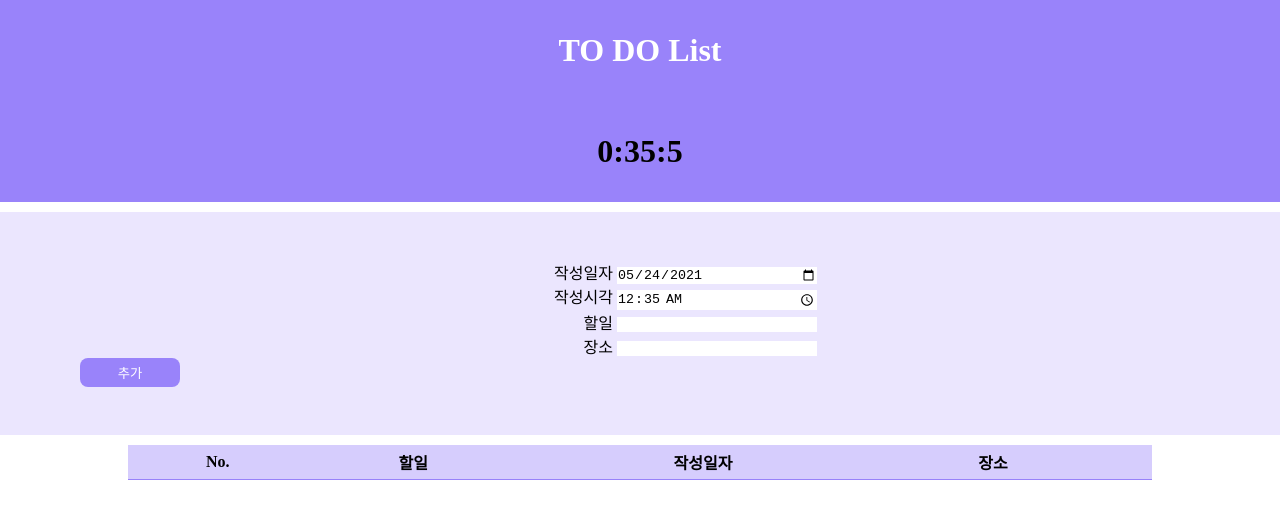
Repository: soyeon-noh/TodoList_Project
Page: http://localhost/Server_PR_TodoList/
An editor plug-in stored every save of this project. The page is shown before and after the next save, followed by the edit.
The browser window is 1280 px wide. The pictures show the whole page.
The page is served by Tomcat 9. Other server files are loaded and not shown. Queries for data that is not in the repository find no rows.

Above is the page before, as saved 2021-05-25 04:25:24.

### Server_PR_TodoList/src/main/webapp/WEB-INF/views/home.jsp
<%@ page language="java" contentType="text/html; charset=UTF-8"
    pageEncoding="UTF-8"%>
<%@ taglib uri="http://java.sun.com/jsp/jstl/core"
			prefix="c"%>
<c:set value="${pageContext.request.contextPath}"
		var="rootPath"/>
<!DOCTYPE html>
<html>
<head>
<meta charset="UTF-8">
<title>TODOList 메인화면</title>
<link href="${rootPath}/static/css/home.css?ver3" rel="stylesheet"/>

<style>

</style>


</head>
  <body>
  	<%@ include file="/WEB-INF/views/include_nav.jsp" %>
    <form class ="v1" method="POST">
    	<div>
    		<label for="date">작성일자</label>
    		<input name="td_date"
    				type="date" value="${TD.td_date}">
    	</div>

    	<div>
    		<label for="time">작성시각</label>
    		<input name="td_time"
    				type="time" value="${TD.td_time}">
    	</div>

    	<div>
    		<label for="todo">할일</label>
    		<input name="td_todo"
    				type="text" value="${TD.td_todo}">
    	</div>

    	<div>
    		<label for="place">장소</label>
    		<input name="td_place"
    				type="text" value="${TD.td_place}">
    	</div>
   		<button class="btn_insert">추가</button>
    </form>

    <table id="tdlist">
      <tr>
        <th>No.</th>
        <th>할일</th>
        <th>작성일자</th>
        <th>장소</th>
        <th></th>
      </tr>
      <c:forEach items="${TDLIST}" var="TD" varStatus="i">
        <tr>
          <td>${i.count}</td>
          <td>${TD.td_todo}</td>
          <td>${TD.td_date}</td>
          <td>${TD.td_place}</td>
          <td><button class="btn_update" data-seq="${TD.td_seq}" type="button">
          		수정</button>
          		<button class="btn_delete" data-seq="${TD.td_seq}" type="button">
          		삭제</button></td>
        </tr>
      </c:forEach>
    </table>
  </body>

  <script>
  // html 코드가 다 화면에 뜨고 나서 실행하라는 명렁
  // 아래 한 줄의 코드가 있어야 어디든디 script를 넣을 수 있다.
	document.addEventListener("DOMContentLoaded",function(){
		document.querySelector("table#tdlist")
		.addEventListener("click", function(ev){
			let className = ev.target.className

			if(className == "btn_delete"){

				let seq = ev.target.dataset.seq
				alert(seq + " 삭제가 완료되었습니다.");

				document
				.location
				.replace( "${rootPath}" +
						"/UD/delete?td_seq="
						+ seq )

			} else if(className == "btn_update"){

				let seq = ev.target.dataset.seq;

				document
				.location
				.href= "${rootPath}" +
						"/UD/update?td_seq="
						+ seq
			}

		})
	})
  </script>

</html>

### Server_PR_TodoList/src/main/webapp/WEB-INF/views/include_nav.jsp
<%@ page language="java" contentType="text/html; charset=UTF-8"
    pageEncoding="UTF-8"%>

<style>
	* {
		margin: 0;
		padding: 0;
		box-sizing: border-box;
	}

    h1.clock {
        color: black;
        text-align: center;
        background-color: rgba(153, 131, 250, 20);
        padding: 2rem;
    }

</style>
<h1>TO DO List</h1>
<h2 class="date"></h2>
<h1 class="clock"></h1>
<script>
	let date = document.querySelector(".date");

    function getDate(){
        const time = new Date();
        const year = time.getUTCFullYear();
        const month = time.getUTCMonth();
        const day = time.getUTCDay();
        date.textContent = year + "-" + month + "-" + day;
    }



	let clock = document.querySelector(".clock");

	function getTime() {
		  const time = new Date();
		  const hour = time.getHours();
		  const minutes = time.getMinutes();
		  const seconds = time.getSeconds();
		  clock.textContent = hour + ":" + minutes + ":" + seconds;


	}

	function init() {
	  setInterval(getTime, 1000);
	}

	init();
</script>

### Server_PR_TodoList/src/main/java/com/callor/todo/controller/HomeController.java
package com.callor.todo.controller;

import java.io.IOException;
import java.text.SimpleDateFormat;
import java.util.Date;
import java.util.List;

import javax.servlet.ServletException;
import javax.servlet.annotation.WebServlet;
import javax.servlet.http.HttpServlet;
import javax.servlet.http.HttpServletRequest;
import javax.servlet.http.HttpServletResponse;

import com.callor.todo.model.TodoListVO;
import com.callor.todo.service.TodoService;
import com.callor.todo.service.impl.TodoServiceImplV1;

@WebServlet("/")
public class HomeController extends HttpServlet{

	protected TodoService tdService;
	public HomeController() {
		tdService = new TodoServiceImplV1();
	}
	@Override
	protected void doGet(HttpServletRequest req, HttpServletResponse resp) throws ServletException, IOException {
		// TODO selectAll()
		List<TodoListVO> tdList = tdService.selectAll();
		req.setAttribute("TDLIST", tdList);

		// TODO insert()
		TodoListVO tdVO = new TodoListVO();

		// SimpleDateFormat : 날짜 및 시간을 형식화하고 구문 분석하는 메소드 제공
		SimpleDateFormat sd = new SimpleDateFormat("yyyy-MM-dd");
		SimpleDateFormat st = new SimpleDateFormat("HH:mm:ss");

		// 현재시간을 저장
		Date date = new Date(System.currentTimeMillis());

		// 현재 시간을 변환해 VO에 넣어준다
		tdVO.setTd_seq(0L);
		tdVO.setTd_date(sd.format(date));
		tdVO.setTd_time(st.format(date));

		req.setAttribute("TD", tdVO);

		// home.jsp 화면을 보여줘라
		RequestController.reqController(req, resp, "home");
	}
	@Override
	protected void doPost(HttpServletRequest req, HttpServletResponse resp) throws ServletException, IOException {
		// TODO insert()

		// 한글 인코딩 세팅
		req.setCharacterEncoding("UTF-8");

		// user가 입력한 data 확인
		String td_date = req.getParameter("td_date");
		String td_time = req.getParameter("td_time");
		String td_todo = req.getParameter("td_todo");
		String td_place = req.getParameter("td_place");

		TodoListVO tdVO = new TodoListVO();
		tdVO.setTd_date(td_date);
		tdVO.setTd_time(td_time);
		tdVO.setTd_todo(td_todo);
		tdVO.setTd_place(td_place);

		tdService.insert(tdVO);

		System.out.println("insert : " + tdVO);

		resp.sendRedirect("/todo");
	}

}

### Server_PR_TodoList/src/main/java/com/callor/todo/service/impl/TodoServiceImplV1.java
package com.callor.todo.service.impl;

import java.sql.Connection;
import java.sql.PreparedStatement;
import java.sql.ResultSet;
import java.sql.SQLException;
import java.util.ArrayList;
import java.util.List;

import com.callor.todo.config.DbInfo;
import com.callor.todo.config.MySQLConnection;
import com.callor.todo.model.TodoListVO;
import com.callor.todo.service.TodoService;

public class TodoServiceImplV1 implements TodoService{

	// 먼저 db와 연결
	protected Connection dbConn;

	public TodoServiceImplV1() {
		dbConn = MySQLConnection.getDBConnection();
	}


	protected List<TodoListVO> select(PreparedStatement pStr) throws SQLException{
		// TODO DB로부터 데이터를 받아와 List에 저장
		List<TodoListVO> tdList = new ArrayList<TodoListVO>();

		ResultSet rSet = pStr.executeQuery();
		while(rSet.next()) {
			TodoListVO tdVO = new TodoListVO();
			tdVO.setTd_seq(rSet.getLong(DbInfo.td_seq));
			tdVO.setTd_date(rSet.getString(DbInfo.td_date));
			tdVO.setTd_time(rSet.getString(DbInfo.td_time));
			tdVO.setTd_todo(rSet.getString(DbInfo.td_todo));
			tdVO.setTd_place(rSet.getString(DbInfo.td_place));
			tdList.add(tdVO);
		}

		// 데이터 확인
		System.out.println("select : " + tdList.toString());
		return tdList;
	}

	@Override
	public List<TodoListVO> selectAll() {
		// TODO List 전체 데이터 조회

		String sql = " SELECT * FROM tbl_todo_list ";
		sql += " ORDER BY td_date DESC, td_time DESC ";

		PreparedStatement pStr = null;

		try {
			pStr = dbConn.prepareStatement(sql);
			List<TodoListVO> tdList = this.select(pStr);
			pStr.close();

			System.out.println("selectAll : " + tdList.toString());
			return tdList;
		} catch (SQLException e) {
			// TODO Auto-generated catch block
			e.printStackTrace();
		}
		return null;
	}

	@Override
	public TodoListVO findById(Long seq) {
		// TODO 일련번호로 조회
		String sql = " SELECT * FROM tbl_todo_list ";
		sql += " WHERE td_seq = ? ";

		PreparedStatement pStr = null;

		try {
			pStr = dbConn.prepareStatement(sql);
			pStr.setLong(1, seq);

			List<TodoListVO> tdList = this.select(pStr);

			pStr.close();

			if(tdList != null && tdList.size() > 0) {
				return tdList.get(0);
			}


		} catch (SQLException e) {
			// TODO Auto-generated catch block
			e.printStackTrace();
		}
		return null;
	}

	@Override
	public List<TodoListVO> findByDate(String td_date) {
		// TODO 날짜로 조회
		String sql = " SELECT * FROM tbl_todo_list ";
		sql += " WHERE td_date = ? ";

		PreparedStatement pStr = null;

		try {
			pStr = dbConn.prepareStatement(sql);
			pStr.setString(1, td_date);

			List<TodoListVO> tdList = this.select(pStr);

			pStr.close();
			return tdList;

		} catch (SQLException e) {
			// TODO Auto-generated catch block
			e.printStackTrace();
		}
		return null;
	}

	@Override
	public List<TodoListVO> findByTodo(String td_todo) {
		// TODO 할일내용으로 조회
		return null;
	}

	@Override
	public List<TodoListVO> findByPlace(String td_place) {
		// TODO 장소로 조회
		return null;
	}

	@Override
	public Integer insert(TodoListVO tdVO) {
		// TODO 데이터 추가

		String sql = " INSERT INTO tbl_todo_list ";
		sql += " ( ";
		sql += " td_date, ";
		sql += " td_time, ";
		sql += " td_todo, ";
		sql += " td_place) ";
		sql += " VALUES( ?,?,?,? ) ";


		// SQL 구문을 실행시키는 객체
		PreparedStatement pStr = null;

		try {
			pStr = dbConn.prepareStatement(sql);
			pStr.setString(1, tdVO.getTd_date());
			pStr.setString(2, tdVO.getTd_time());
			pStr.setString(3, tdVO.getTd_todo());
			pStr.setString(4, tdVO.getTd_place());

			return pStr.executeUpdate();

		} catch (SQLException e) {
			// TODO Auto-generated catch block
			e.printStackTrace();
		}
		return null;
	}


	@Override
	public Integer update(TodoListVO tdVO) {
		// TODO 데이터 업데이트
		String sql = " UPDATE tbl_todo_list SET ";
		sql += " td_date = ?, ";
		sql += " td_time = ?, ";
		sql += " td_todo = ?, ";
		sql += " td_place = ? ";

		sql += " WHERE td_seq = ? ";

		PreparedStatement pStr = null;

		try {
			pStr = dbConn.prepareStatement(sql);
			pStr.setString(1, tdVO.getTd_date());
			pStr.setString(2, tdVO.getTd_time());
			pStr.setString(3, tdVO.getTd_todo());
			pStr.setString(4, tdVO.getTd_place());

			pStr.setLong(5, tdVO.getTd_seq());
			return pStr.executeUpdate();

		} catch (SQLException e) {
			// TODO Auto-generated catch block
			e.printStackTrace();
		}

		return null;
	}

	@Override
	public Integer delete(Long seq) {
		// TODO 데이터 삭제

		String sql = " DELETE FROM tbl_todo_list ";
		sql += "WHERE td_seq = ?";

		PreparedStatement pStr = null;

		try {
			pStr = dbConn.prepareStatement(sql);
			pStr.setLong(1, seq);
			return pStr.executeUpdate();

		} catch (SQLException e) {
			// TODO Auto-generated catch block
			e.printStackTrace();
		}
		return null;
	}
}

### Server_PR_TodoList/src/main/java/com/callor/todo/config/MySQLConnection.java
package com.callor.todo.config;

import java.sql.Connection;
import java.sql.DriverManager;
import java.sql.SQLException;

public class MySQLConnection {

	private static Connection dbConn;

	static {

		String jdbcDriver = "com.mysql.cj.jdbc.Driver";
		String url = "jdbc:mysql://localhost:3306/todolist";
		String username = "tdUser";
		String password = "12345";

		try {
			Class.forName(jdbcDriver);
			if(dbConn == null) {
				dbConn = DriverManager.getConnection(url, username, password);
			}
			System.out.println("MySQL 접속 성공!!");
		} catch (ClassNotFoundException e) {
			System.out.println("MySQL Driver 를 찾을 수 없음");
		} catch (SQLException e) {
			System.out.println("MySQL DBMS 연결 실패");
		}
	}

	public static Connection getDBConnection() {
		return dbConn;
	}

}

### Server_PR_TodoList/src/main/java/com/callor/todo/model/TodoListVO.java
package com.callor.todo.model;

import lombok.AllArgsConstructor;
import lombok.Getter;
import lombok.NoArgsConstructor;
import lombok.Setter;
import lombok.ToString;

@Getter
@Setter
@ToString
@NoArgsConstructor
@AllArgsConstructor
public class TodoListVO {

	private Long td_seq;	//BIGINT
    private String td_date;	//VARCHAR(20)
    private String td_time;	//VARCHAR(20)
	private String td_todo;	//VARCHAR(200)
    private String td_place;	//VARCHAR(125)
}

### Server_PR_TodoList/src/main/java/com/callor/todo/controller/RequestController.java
package com.callor.todo.controller;

import java.io.IOException;

import javax.servlet.ServletException;
import javax.servlet.http.HttpServlet;
import javax.servlet.http.HttpServletRequest;
import javax.servlet.http.HttpServletResponse;

public class RequestController extends HttpServlet{

	public static void reqController (HttpServletRequest req,
			HttpServletResponse resp, String file) throws ServletException, IOException {

		String root = "/WEB-INF/views/" + file + ".jsp";

		req.getRequestDispatcher(root)
		.forward(req, resp);


	}

}

### Server_PR_TodoList/src/main/webapp/static/css/home.css
@charset "UTF-8";

/* 여백 초기화 */
* {
	margin: 0;
	padding: 0;
	box-sizing: border-box;
}

h1 {
	color: white;
	text-align: center;
	background-color: rgba(153,131,250,1);
	padding: 2rem;

}

form.v1 {
	background-color: rgba(153,131,250,0.2);
	padding: 3rem 5rem 3rem 5rem;
	margin: 10px auto;
}

form.v1 div {
	text-align: center;
}

form.v1 div label{
	display: inline-block;

	width: 150px;
	text-align: right;
}

form.v1 input{
	width: 200px;
	border: 1px;

}

form.v1 button{
		outline: 0;
		border: 0;
		width: 100px;
		color: white;
		padding: 5px;
		background-color: rgba(153,131,250,1);
		border-radius: 8px;

		margin :  0 auto;

}

table {
	border-collapse: collapse;
	width: 80%;
	margin: 10px auto;
}

td, th {
	border-bottom: 1px solid #9882FA;
	padding: 5px;
	text-align: center;
}

th {
	background-color: rgba(153,131,250,0.4);
}

After the next save:
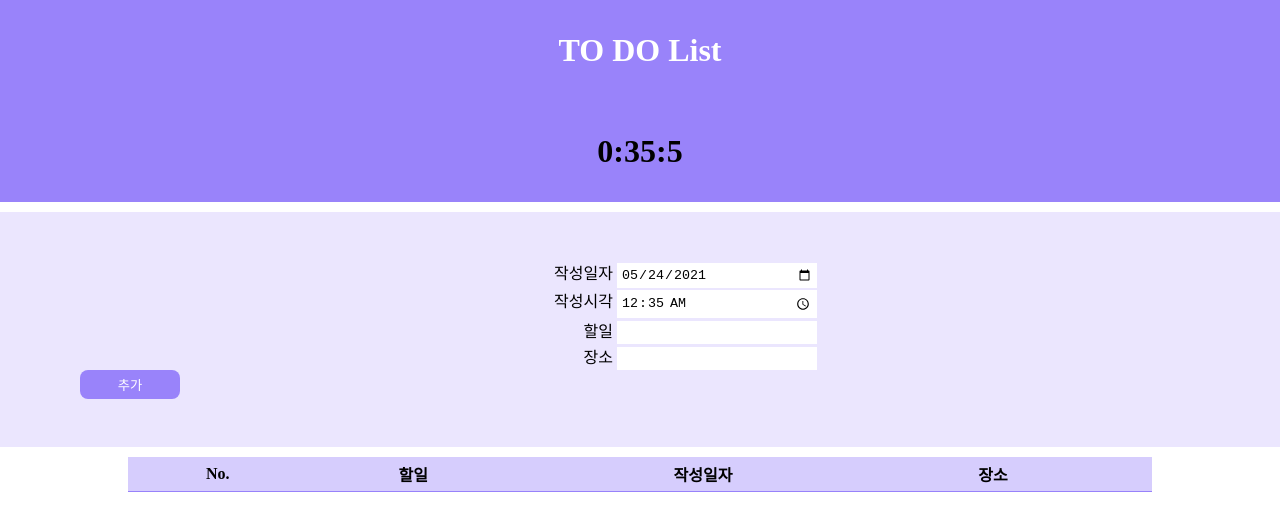
Saved 61 s later.
--- a/Server_PR_TodoList/src/main/webapp/static/css/home.css
+++ b/Server_PR_TodoList/src/main/webapp/static/css/home.css
@@ -35,6 +35,7 @@
 form.v1 input{
 	width: 200px;
 	border: 1px;
+	padding: 4px;
 
 }
 

After the save that followed:
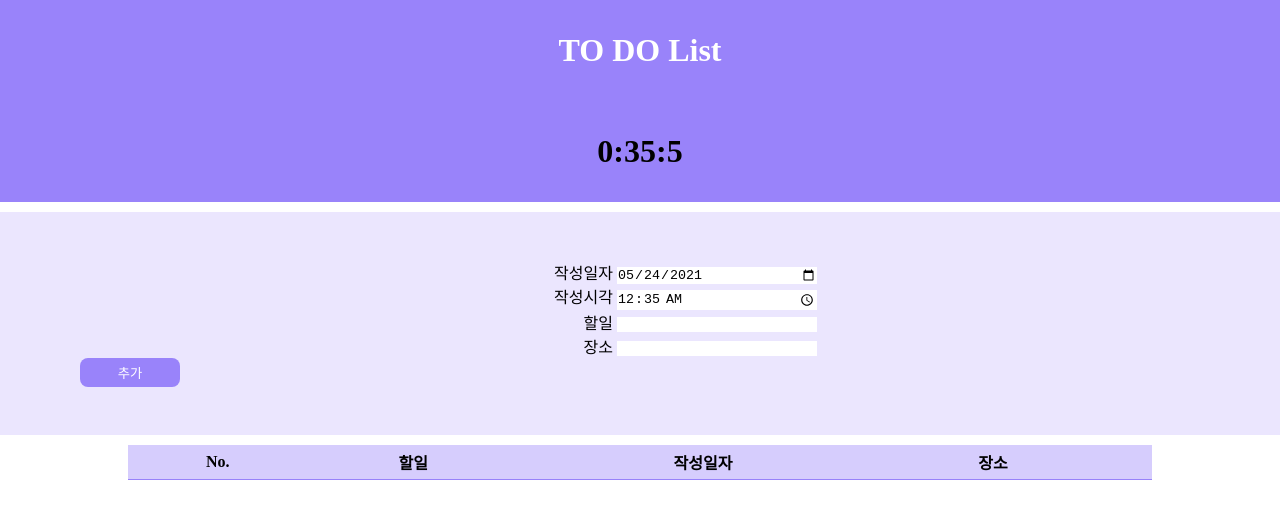
Saved 10 s later.
--- a/Server_PR_TodoList/src/main/webapp/static/css/home.css
+++ b/Server_PR_TodoList/src/main/webapp/static/css/home.css
@@ -35,7 +35,6 @@
 form.v1 input{
 	width: 200px;
 	border: 1px;
-	padding: 4px;
 
 }
 
